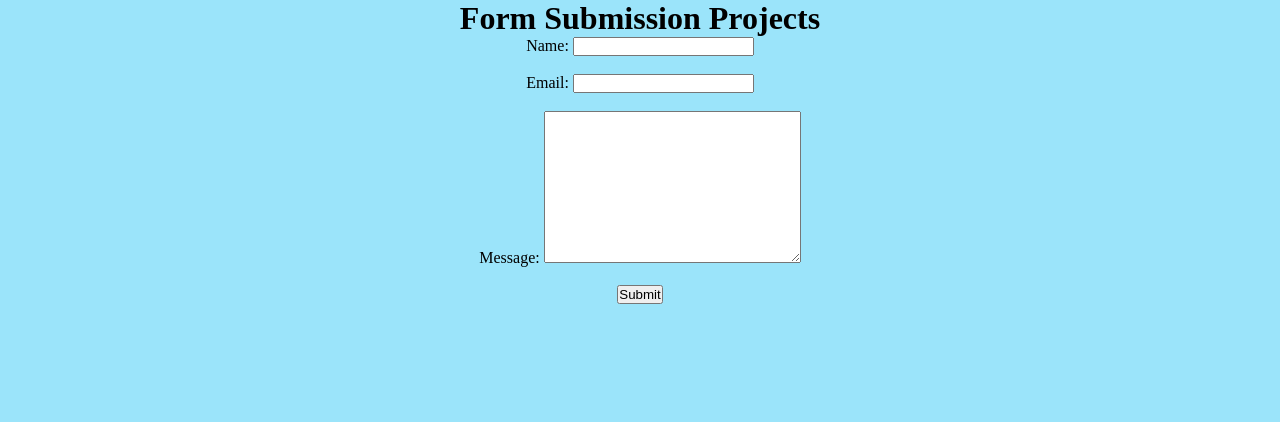
Repository: labib108/ostad-php
Page: projects/formSubmission/index.html
The author's editor kept a copy of each file at every save. The page is drawn from the files as they stood at one save, then again after a run of saves.
The browser window is 1280 px wide. The pictures show the whole page.

Above is the page before, as saved 2023-03-21 13:35:37.

After the next 2 saves:
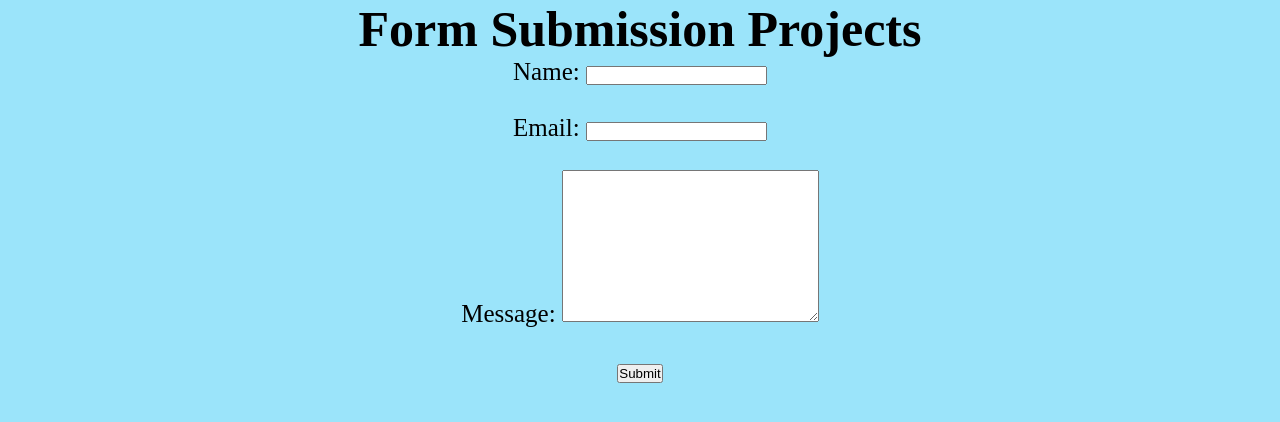
The 2 saves are shown as one change because they came seconds apart.
The last was saved 5 s later.
--- a/projects/formSubmission/style.css
+++ b/projects/formSubmission/style.css
@@ -6,5 +6,5 @@
 body{
     text-align: center;
     background-color: #9be4fa;
-    font-size: ;
+    font-size: 25px;
 }
